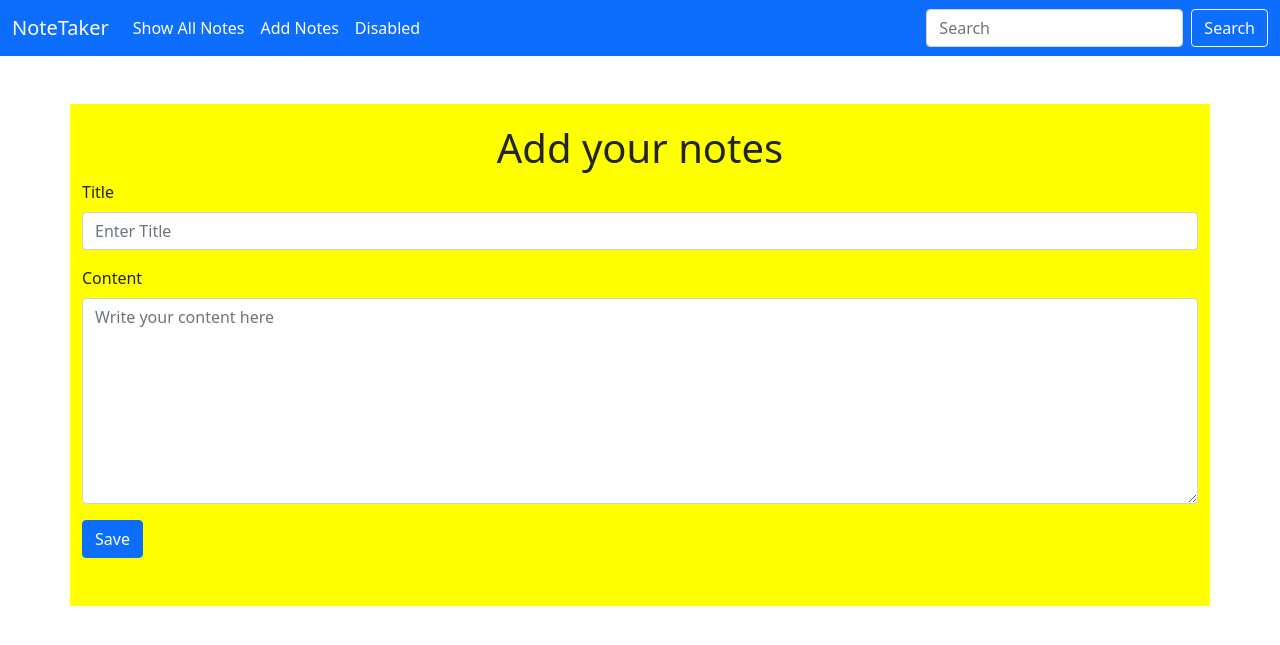
Repository: Shubham-Kumar-cmd/Hibernate
Page: http://localhost/NoteTakerApp/addNotes.jsp
An editor plug-in stored every save of this project. The page is shown before and after the next save, followed by the edit.
The browser window is 1280 px wide. The pictures show the whole page.
The page is served by Tomcat 9. Other server files are loaded and not shown.

Above is the page before, as saved 2023-02-07 13:19:08.

### NoteTakerApp/src/main/webapp/addNotes.jsp
<%@ page language="java" contentType="text/html; charset=ISO-8859-1"
	pageEncoding="ISO-8859-1"%>
<%@include file="header.jsp"%>
<!DOCTYPE html>
<html>
<head>
<meta charset="ISO-8859-1">
<link
	href="https://cdn.jsdelivr.net/npm/bootstrap@5.0.2/dist/css/bootstrap.min.css"
	rel="stylesheet"
	integrity="sha384-EVSTQN3/azprG1Anm3QDgpJLIm9Nao0Yz1ztcQTwFspd3yD65VohhpuuCOmLASjC"
	crossorigin="anonymous">
<link rel="stylesheet" href="css/style.css">
<title>Add Notes</title>
</head>
<body>

<div class="container mt-5 pb-5">
	<h1 class="title">Add your notes</h1>
	<form action="" method="post">
		<div class="mb-3">
			<label for="title" class="form-label">Title</label>
			<input type="text"
			class="form-control"
			id="title"
			name="title"
			aria-describedby="emailHelp"
			placeholder="Enter Title"
			required>

		</div>
		<div class="mb-3">
			<label for="content" class="form-label">Content</label>
			<textarea class="form-control"
			id="content"
			name="content"
			rows="8"
			aria-describedby="emailHelp"
			placeholder="Write your content here"
			required></textarea>

		</div>
		<button type="submit" class="btn btn-primary button">Save</button>
	</form>
	</div>
</body>
</html>

### NoteTakerApp/src/main/webapp/header.jsp
<%@ page language="java" contentType="text/html; charset=ISO-8859-1"
	pageEncoding="ISO-8859-1"%>
<!DOCTYPE html>
<html>
<head>
<meta charset="ISO-8859-1">
<link
	href="https://cdn.jsdelivr.net/npm/bootstrap@5.0.2/dist/css/bootstrap.min.css"
	rel="stylesheet"
	integrity="sha384-EVSTQN3/azprG1Anm3QDgpJLIm9Nao0Yz1ztcQTwFspd3yD65VohhpuuCOmLASjC"
	crossorigin="anonymous">
<title>Header</title>
</head>
<body>
	<nav class="navbar navbar-expand-lg navbar-primary bg-primary">
		<div class="container-fluid">
			<a class="navbar-brand text-white" href="addNotes.jsp">NoteTaker</a>

			<div class="collapse navbar-collapse" id="navbarSupportedContent">
				<ul class="navbar-nav me-auto mb-2 mb-lg-0">
					<li class="nav-item"><a class="nav-link active text-white"
						aria-current="page" href="showAllNotes.jsp">Show All Notes</a></li>
					<li class="nav-item"><a class="nav-link text-white" href="addNotes.jsp">Add Notes</a></li>

					<li class="nav-item"><a class="nav-link text-white" href="#"
						tabindex="-1" aria-disabled="false">Disabled</a></li>
				</ul>
				<form class="d-flex">
					<input class="form-control me-2" type="search" placeholder="Search"
						aria-label="Search">
					<button class="btn btn-outline-light" type="submit">Search</button>
				</form>
			</div>
		</div>
	</nav>
</body>
</html>

### NoteTakerApp/src/main/webapp/css/style.css
@charset "ISO-8859-1";
.container{
	background-color:yellow;
}
.cards{
        display: grid;
        grid-template-columns: repeat(auto-fill,minmax(250px, 1fr));
 }
 .card{
 	margin:16px 8px;
 }
 .title{
 	padding-top:20px;
 	text-align:center;
 }
 .buttom{
 	padding:10px;
 	margin:10px;
 }

After the next save:
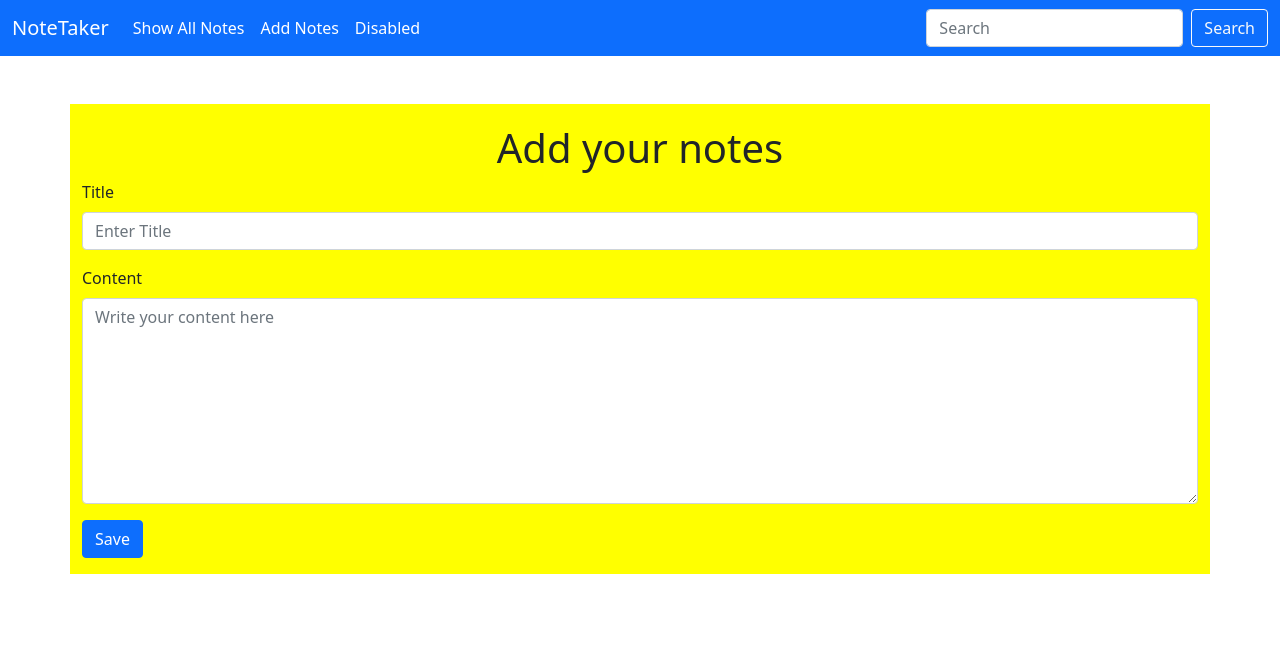
Saved 12 s later.
--- a/NoteTakerApp/src/main/webapp/addNotes.jsp
+++ b/NoteTakerApp/src/main/webapp/addNotes.jsp
@@ -15,7 +15,7 @@
 </head>
 <body>
 
-<div class="container mt-5 pb-5">
+<div class="container mt-5 pb-3">
 	<h1 class="title">Add your notes</h1>
 	<form action="" method="post">
 		<div class="mb-3">
